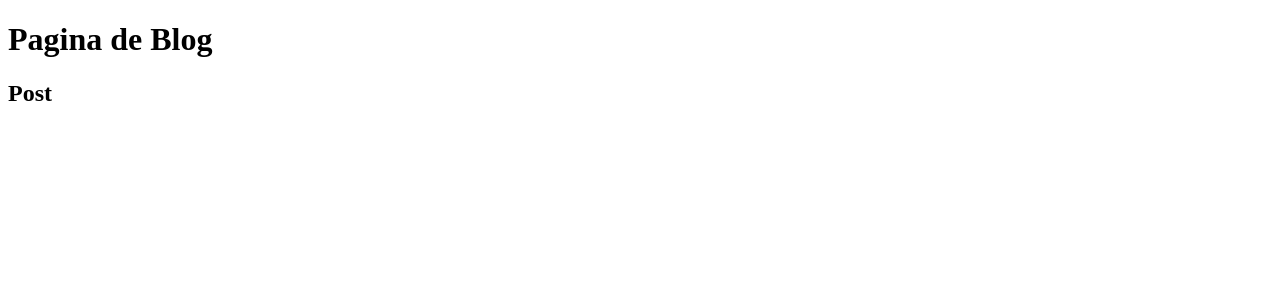
Repository: KarinaLopesDev/aulagithub
Page: Blog.html
The author's editor kept a copy of each file at every save. The page is drawn from the files as they stood at one save, then again after the next save.
The browser window is 1280 px wide. The pictures show the whole page.

Above is the page before, as saved 2023-04-07 15:27:02.

### Blog.html
<!DOCTYPE html>
<html lang="en">
<head>
    <meta charset="UTF-8">
    <meta http-equiv="X-UA-Compatible" content="IE=edge">
    <meta name="viewport" content="width=device-width, initial-scale=1.0">
    <title>Document</title>
</head>
<body>
    <h1>Pagina de Blog</h1>
    <h2>Post</h2>


</body>
</html>

After the next save:
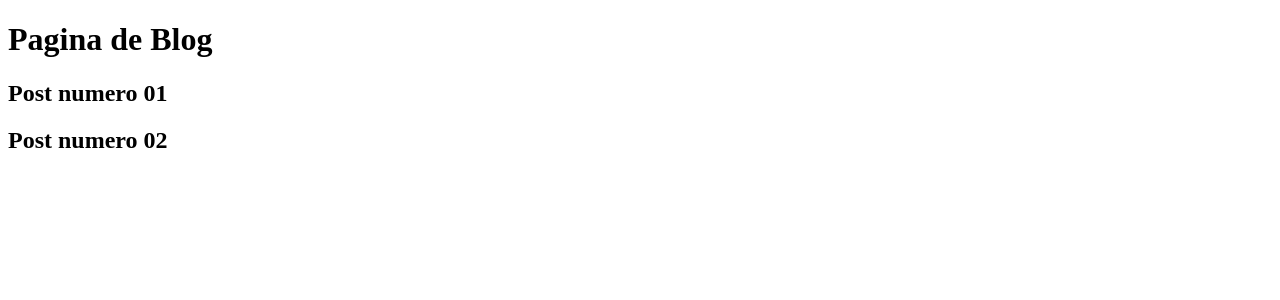
Saved 103 s later.
--- a/Blog.html
+++ b/Blog.html
@@ -8,7 +8,8 @@
 </head>
 <body>
     <h1>Pagina de Blog</h1>
-    <h2>Post</h2>
+    <h2>Post numero 01</h2>
+    <h2>Post numero 02</h2>
 
 
 </body>
